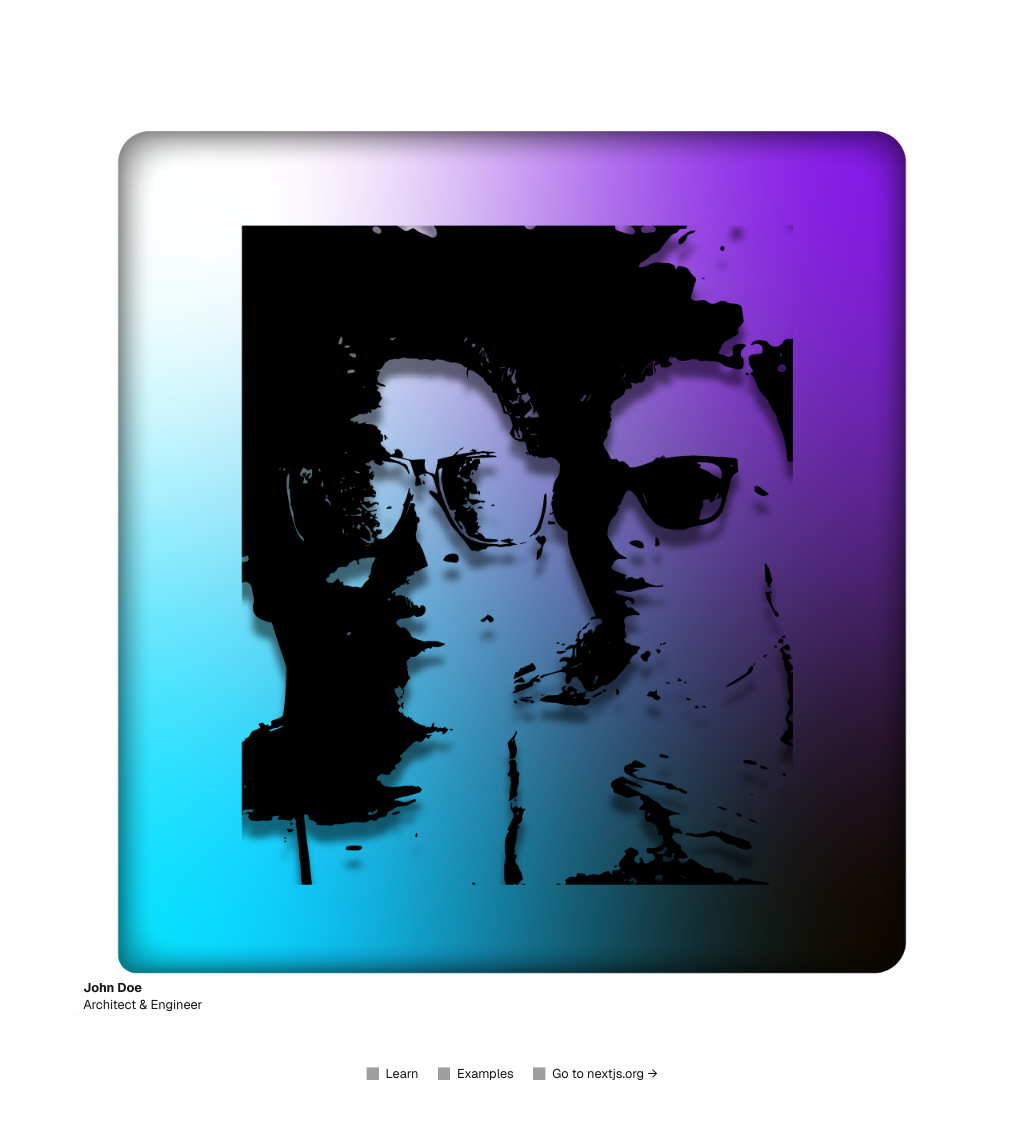
Repository: JasonMorta/react-dnd
Page: /
An editor plug-in stored every save of this project. The page is shown before and after the next save, followed by the edit.
The browser window is 1280 px wide. The pictures show the whole page, at 80% of full size.
Pictures or frames that could not be fetched are drawn as grey boxes. The project was rebuilt for these pictures with package versions that can differ from the ones it lists, and the page was loaded fresh each time. The framework's server and built-in components were replaced by stand-ins that run in the browser. Also part of the build but not shown: next.config.mjs.

Above is the page before, as saved 2025-03-16 22:25:58.

### src/app/page.jsx
import Image from "next/image";
import styles from "./page.module.css";
import CardEl from "./components/CardEl";

export default function Home() {
  return (
    <div className={styles.page}>
      <main className={styles.main}>
        <CardEl />
      </main>
      <footer className={styles.footer}>
        <a
          href="https://nextjs.org/learn?utm_source=create-next-app&utm_medium=appdir-template&utm_campaign=create-next-app"
          target="_blank"
          rel="noopener noreferrer"
        >
          <Image
            aria-hidden
            src="/file.svg"
            alt="File icon"
            width={16}
            height={16}
          />
          Learn
        </a>
        <a
          href="https://vercel.com/templates?framework=next.js&utm_source=create-next-app&utm_medium=appdir-template&utm_campaign=create-next-app"
          target="_blank"
          rel="noopener noreferrer"
        >
          <Image
            aria-hidden
            src="/window.svg"
            alt="Window icon"
            width={16}
            height={16}
          />
          Examples
        </a>
        <a
          href="https://nextjs.org?utm_source=create-next-app&utm_medium=appdir-template&utm_campaign=create-next-app"
          target="_blank"
          rel="noopener noreferrer"
        >
          <Image
            aria-hidden
            src="/globe.svg"
            alt="Globe icon"
            width={16}
            height={16}
          />
          Go to nextjs.org →
        </a>
      </footer>
    </div>
  );
}

### src/app/components/CardEl.jsx
import Image from "next/image";
import profilePic from './Ushdpi.png'

import "./Card.css";

function CardEl() {
  return (
    <div className="custom-card">
      <Image
        src={profilePic}
        alt="Picture of the author"
      />
      <div className="custom-container">
        <h4>
          <b>John Doe</b>
        </h4>
        <p>Architect & Engineer</p>
      </div>
    </div>
  );
}

export default CardEl;

### src/app/components/Card.css
.custom-card {
  box-shadow: 0 4px 8px 0 rgba(242, 242, 242, 0.2);
  transition: 0.3s;
  width: 40%;
}

.custom-card:hover {
  box-shadow: 0 8px 16px 0 rgba(0,0,0,0.2);
}

.custom-container {
  padding: 2px 16px;
}

Loaded but not shown: src/app/layout.jsx (common file); src/app/globals.css (common file); src/app/page.module.css (common file)

After the next save:
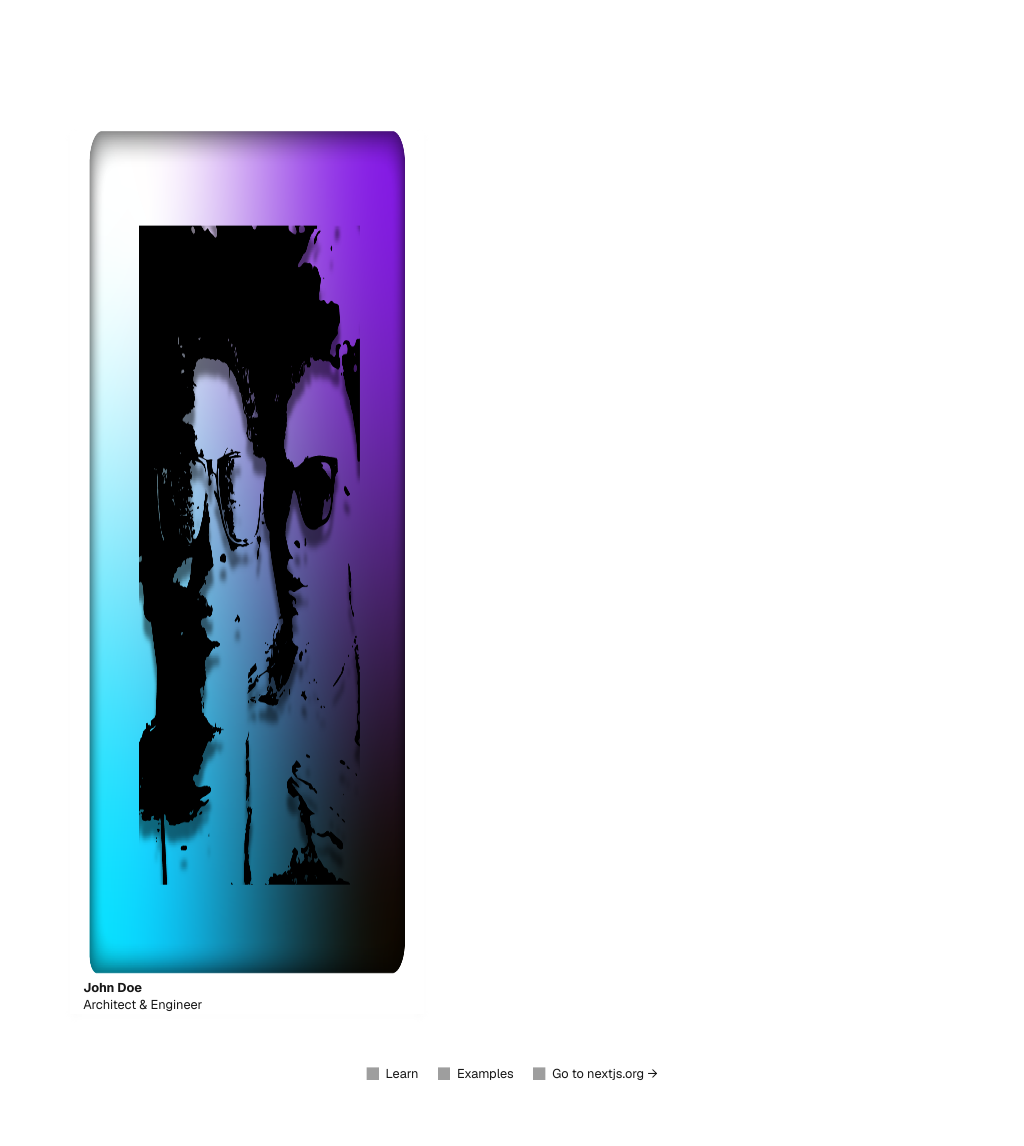
Saved 14 s later.
--- a/src/app/components/Card.css
+++ b/src/app/components/Card.css
@@ -2,6 +2,10 @@
   box-shadow: 0 4px 8px 0 rgba(242, 242, 242, 0.2);
   transition: 0.3s;
   width: 40%;
+}
+
+.custom-card img {
+  width: 100%;
 }
 
 .custom-card:hover {
